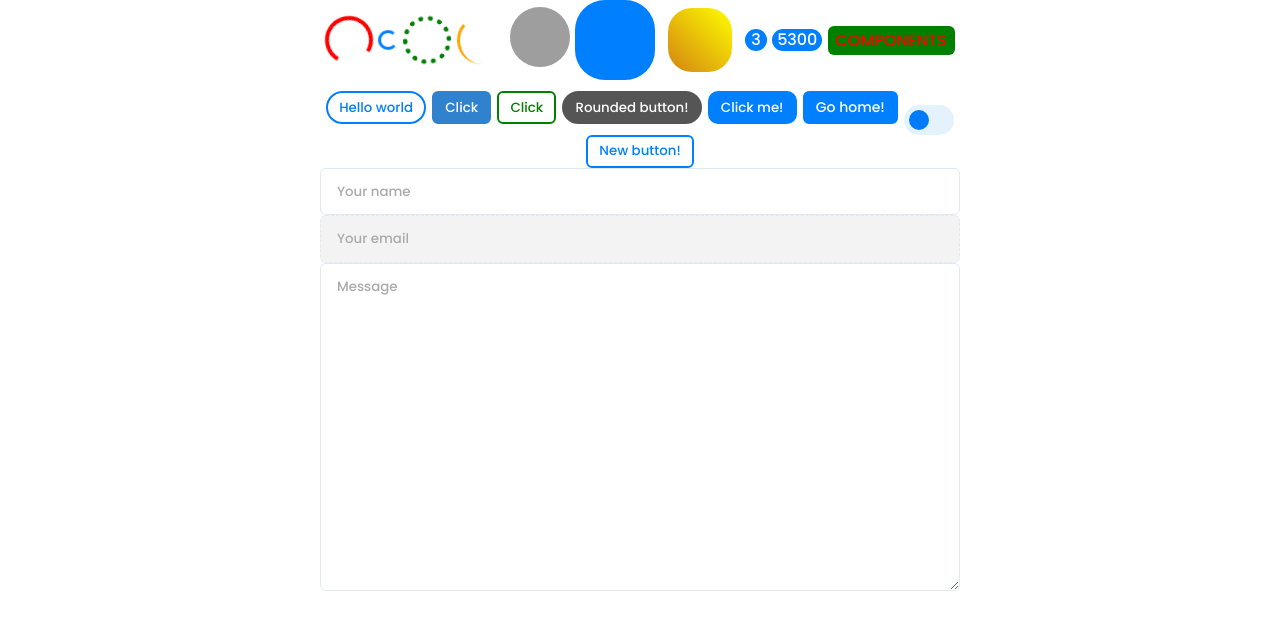
Repository: langf00rd/milky-ui
Page: / (app in example/)
An editor plug-in stored every save of this project. The page is shown before and after the next save, followed by the edit.
The browser window is 1280 px wide. The pictures show the whole page.
Pictures or frames that could not be fetched are drawn as grey boxes. The project was rebuilt for these pictures with package versions that can differ from the ones it lists, and the page was loaded fresh each time.

Above is the page before, as saved 2022-08-12 13:39:39.

After the next save:
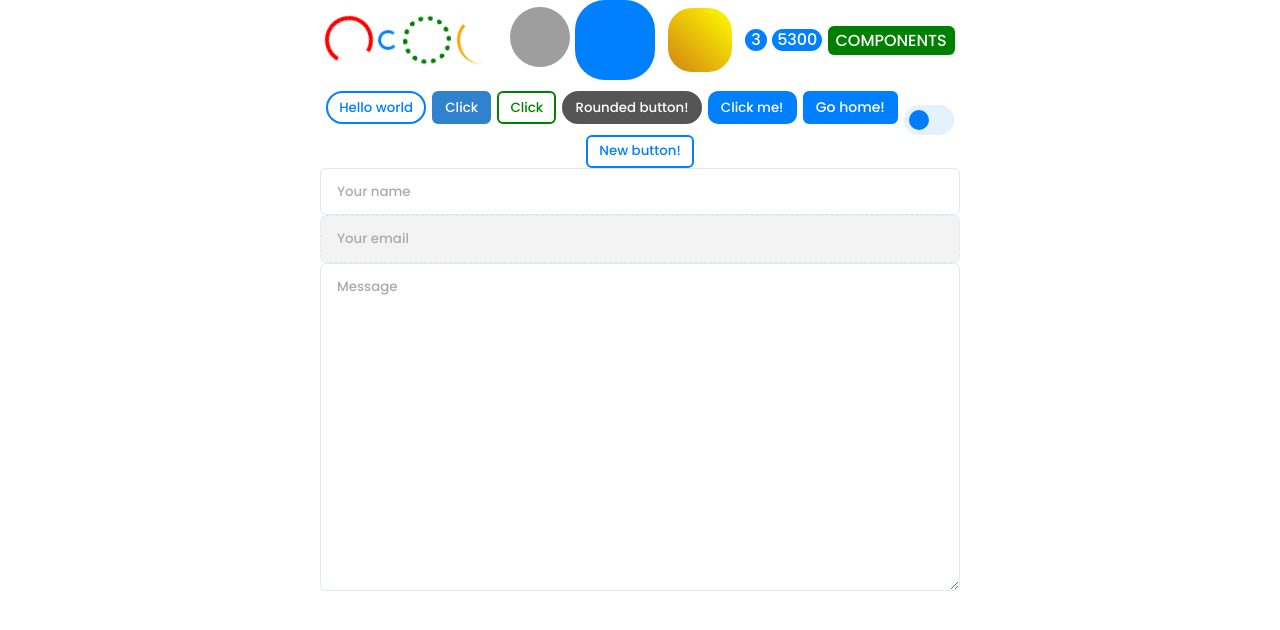
Saved 89 s later.
--- a/example/src/App.js
+++ b/example/src/App.js
@@ -27,7 +27,7 @@
               size="80px" />
       <Badge label="3" />
       <Badge label="5300" />
-      <Label color='red' text='COMPONENTS' bg='green' />
+      <Label text='COMPONENTS' bg='green' />
       <OutlineButton label={"Hello world"} radius={"1000px"} hoverColor={"red"} />
       <Button bg='#3182ce' label='Click'/>
       <OutlineButton color='green' label='Click'/>

After the save that followed:
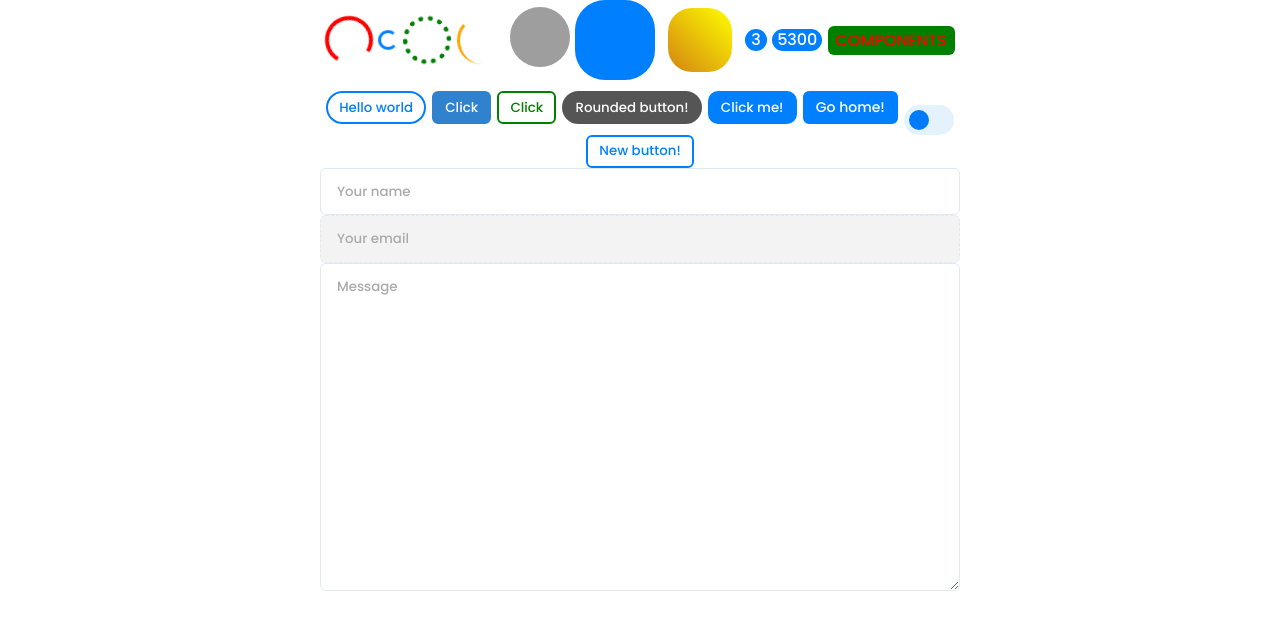
Saved 4 s later.
--- a/example/src/App.js
+++ b/example/src/App.js
@@ -27,7 +27,7 @@
               size="80px" />
       <Badge label="3" />
       <Badge label="5300" />
-      <Label text='COMPONENTS' bg='green' />
+      <Label color='red' text='COMPONENTS' bg='green' />
       <OutlineButton label={"Hello world"} radius={"1000px"} hoverColor={"red"} />
       <Button bg='#3182ce' label='Click'/>
       <OutlineButton color='green' label='Click'/>
